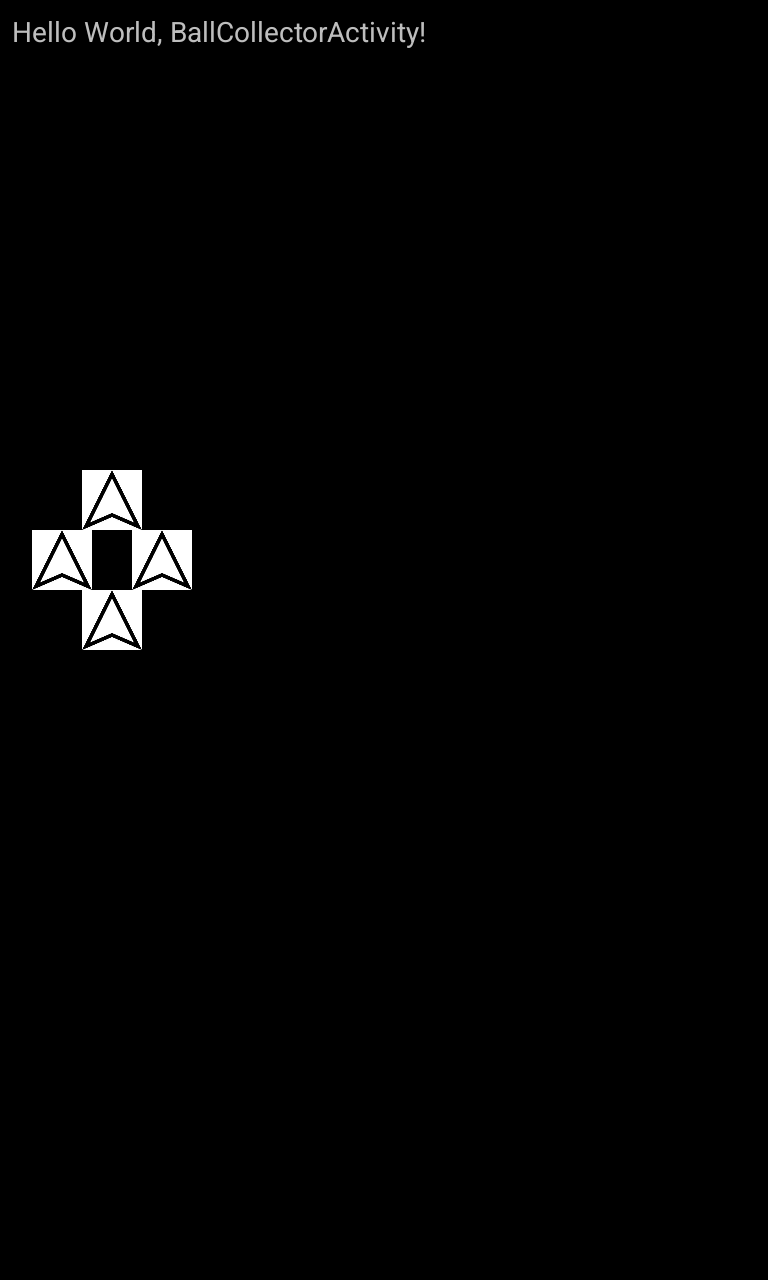
Repository: mintuhouse/AndroidBasedTennisBallCollector_group14_cs308_2012
Layout: android/RemoteTennisBallCollector/res/layout/main.xml
The author's editor kept a copy of each file at every save. The layout is drawn from the files as they stood at one save, then again after the next save.
It is drawn on a 768 x 1280 px phone screen (xhdpi) without system bars, with theme android:Theme; the app's code is not run.

Above is the layout before, as saved 2012-04-07 14:39:09.

### android/RemoteTennisBallCollector/res/layout/main.xml
<?xml version="1.0" encoding="utf-8"?>
<LinearLayout xmlns:android="http://schemas.android.com/apk/res/android"
    android:layout_width="fill_parent"
    android:layout_height="fill_parent"
    android:orientation="vertical"
    android:padding="6dip">

    <TextView xmlns:android="http://schemas.android.com/apk/res/android"
		android:id="@+id/textview"
		android:layout_width="fill_parent"
		android:layout_height="wrap_content"
		android:text="@string/hello"
	/>

<!--
    <WebView
        xmlns:android="http://schemas.android.com/apk/res/android"
        android:id="@+id/VideoFrameView"
        android:layout_width="300dp"
        android:layout_height="210dp"
        android:padding="100dip" />
-->
	<ImageView
        android:id="@+id/imgView"
        android:contentDescription="@string/liveimg"
        android:layout_width="300dp"
        android:layout_height="210dp"
        android:padding="10dip"
        android:scaleType="fitXY"
    />


    <LinearLayout
        android:id="@+id/JoyStick"
        android:orientation="vertical"
       	android:layout_width="100dp"
       	android:layout_height="100dp"
       	>
       	<ImageButton
       	   	android:id="@+id/upbutton"
       	   	android:contentDescription="@string/uparrow"
       	 	android:layout_width="30dp"
       	 	android:layout_height="30dp"
       	 	android:layout_marginLeft="35dp"
       	 	android:background="@drawable/joystick"
       	 />
       	<LinearLayout
       	    android:orientation="horizontal"
       	    android:layout_width="match_parent"
       	    android:layout_height="30dp"
       	    >
       	    <ImageButton
	       	   	android:id="@+id/leftbutton"
	       	   	android:contentDescription="@string/leftarrow"
	       	 	android:layout_width="30dp"
	       	 	android:layout_height="30dp"
	       	 	android:layout_marginLeft="10dp"
	       	 	android:background="@drawable/joystick"
	       	 />
       	    <ImageButton
	       	   	android:id="@+id/rightbutton"
	       	   	android:contentDescription="@string/rightarrow"
	       	 	android:layout_width="30dp"
	       	 	android:layout_height="30dp"
	       	 	android:layout_marginLeft="20dp"
	       	 	android:background="@drawable/joystick"
	       	 />
       	</LinearLayout>
        <ImageButton
       	   	android:id="@+id/downbutton"
       	   	android:contentDescription="@string/downarrow"
       	 	android:layout_width="30dp"
       	 	android:layout_height="30dp"
       	 	android:layout_marginLeft="35dp"
       	 	android:background="@drawable/joystick"
       	 />
    </LinearLayout>


</LinearLayout>

### android/RemoteTennisBallCollector/res/values/strings.xml
<?xml version="1.0" encoding="utf-8"?>
<resources>

    <string name="hello">Hello World, BallCollectorActivity!</string>
    <string name="app_name">TennisBallCollector</string>
    <string name="liveimg">Live Image</string>
    <string name="uparrow">Up</string>
    <string name="downarrow">Down</string>
    <string name="leftarrow">Left</string>
    <string name="rightarrow">Right</string>

</resources>

### android/RemoteTennisBallCollector/res/drawable-hdpi/joystick.xml
<?xml version="1.0" encoding="utf-8"?>
<selector xmlns:android="http://schemas.android.com/apk/res/android"
    android:id="@+id/uparrow"
    >
     <item android:state_pressed="true"
           android:drawable="@drawable/uparrow_pressed" /> <!-- pressed -->
     <item android:drawable="@drawable/uparrow_normal" /> <!-- default -->
</selector>

After the next save:
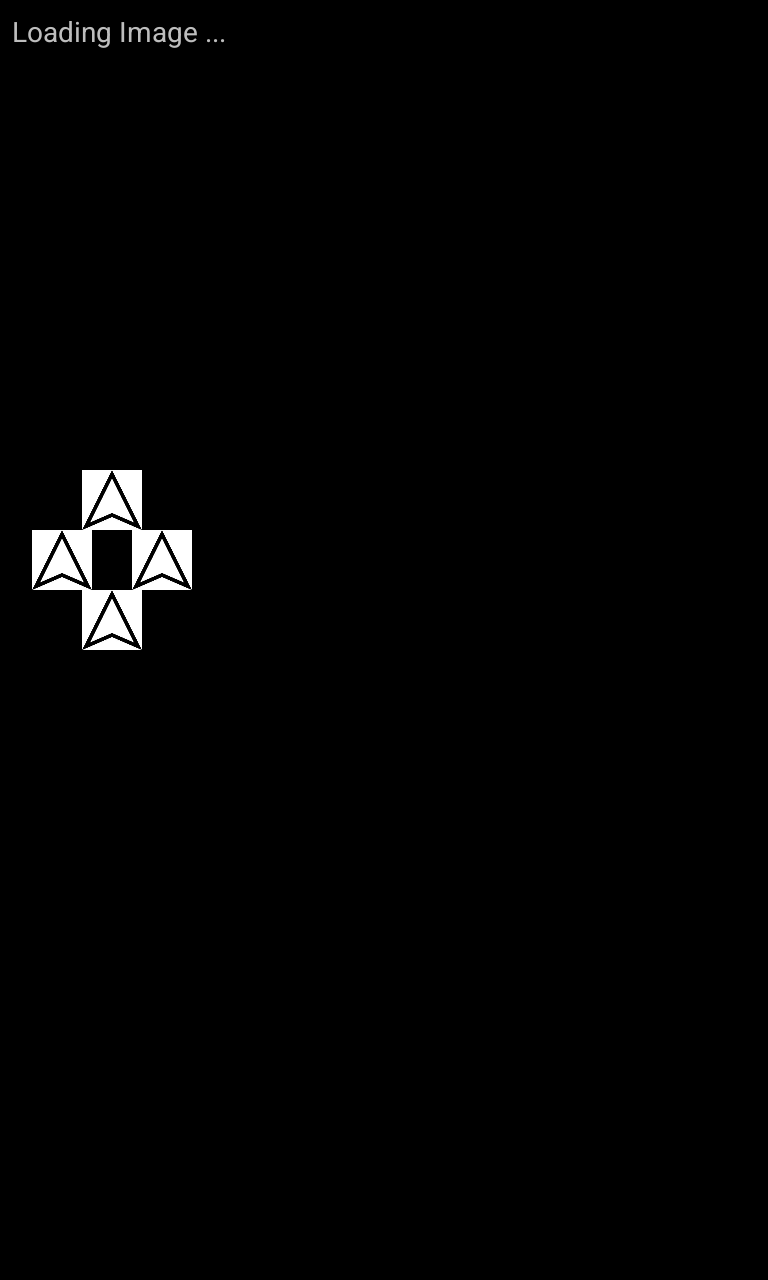
Saved 50 s later.
--- a/android/RemoteTennisBallCollector/res/values/strings.xml
+++ b/android/RemoteTennisBallCollector/res/values/strings.xml
@@ -1,7 +1,7 @@
 <?xml version="1.0" encoding="utf-8"?>
 <resources>
 
-    <string name="hello">Hello World, BallCollectorActivity!</string>
+    <string name="hello">Loading Image ...</string>
     <string name="app_name">TennisBallCollector</string>
     <string name="liveimg">Live Image</string>
     <string name="uparrow">Up</string>
